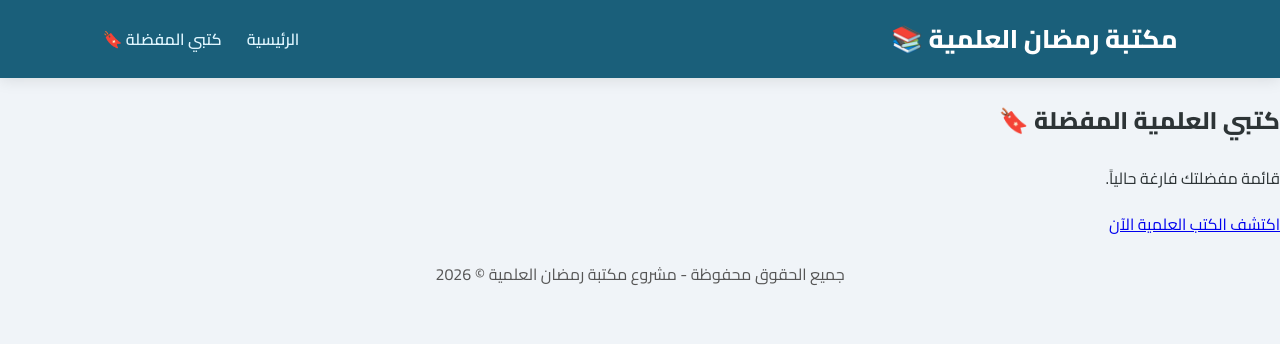
Repository: RAMADAN975/Arabic-Science-Hub
Page: /Watchlist
The author's editor kept a copy of each file at every save. The page is drawn from the files as they stood at one save, then again after the next save.
The browser window is 1280 px wide. The pictures show the whole page.
The project was rebuilt for these pictures with package versions that can differ from the ones it lists, and the page was loaded fresh each time. Also part of the build but not shown: vite.config.js, src/components/Search.jsx, src/components/MovieCard.jsx, src/components/Pages/Home.jsx, src/components/Pages/MovieDetails.jsx.

Above is the page before, as saved 2026-03-16 23:22:31.

After the next save:
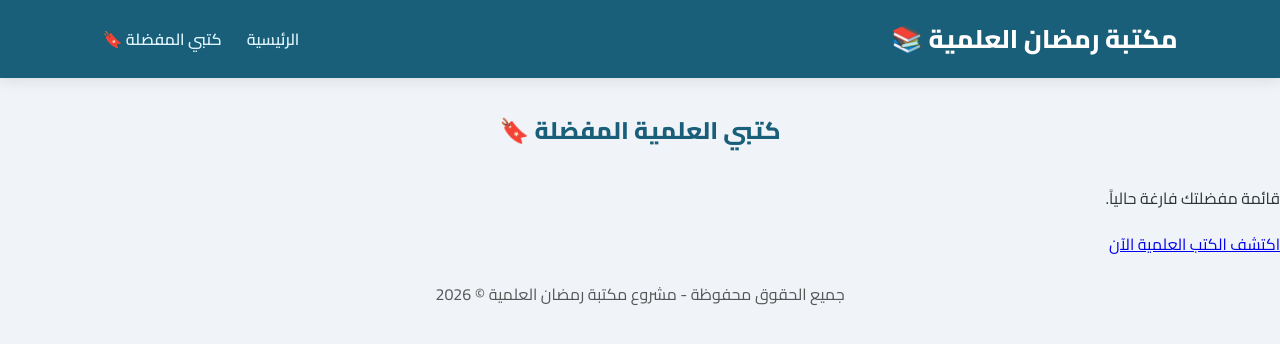
Saved 37 s later.
--- a/src/App.css
+++ b/src/App.css
@@ -175,15 +175,22 @@ body {
   background: var(--accent-teal);
 }
 
+.page-title {
+  text-align: center;
+  color: #1a5f7a;
+  /* أزرق علمي هادئ */
+  margin: 30px 0;
+}
+
 .remove-btn {
+  background-color: #c0392b;
+  color: white;
+  border: none;
+  padding: 10px;
   width: 100%;
-  padding: 8px;
-  background-color: #e74c3c;
-  color: white;
-  border: none;
+  cursor: pointer;
   border-radius: 0 0 10px 10px;
-  cursor: pointer;
-  font-family: 'Cairo';
+  font-family: 'Cairo', sans-serif;
 }
 
 .remove-btn:hover {
